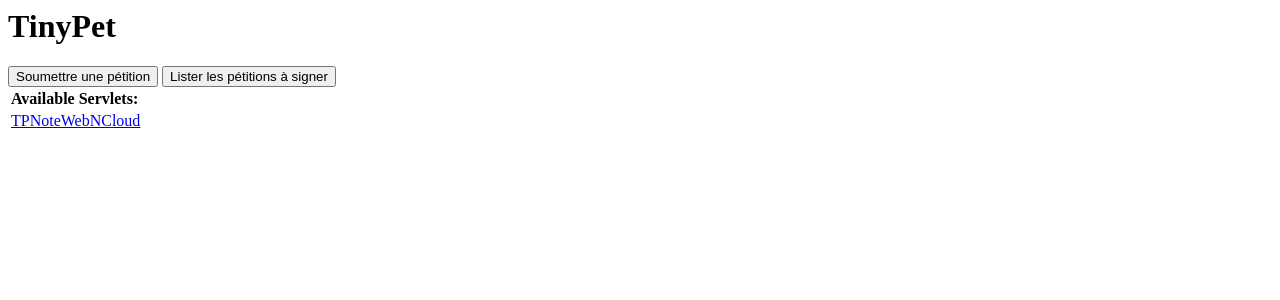
Repository: orichalque/M1
Page: TPNote/TPNoteWebNCloud/war/index.html
The author's editor kept a copy of each file at every save. The page is drawn from the files as they stood at one save, then again after the next save.
The browser window is 1280 px wide. The pictures show the whole page.
Some web libraries are served in a nearby version.

Above is the page before, as saved 2015-11-18 09:12:24.

After the next save:
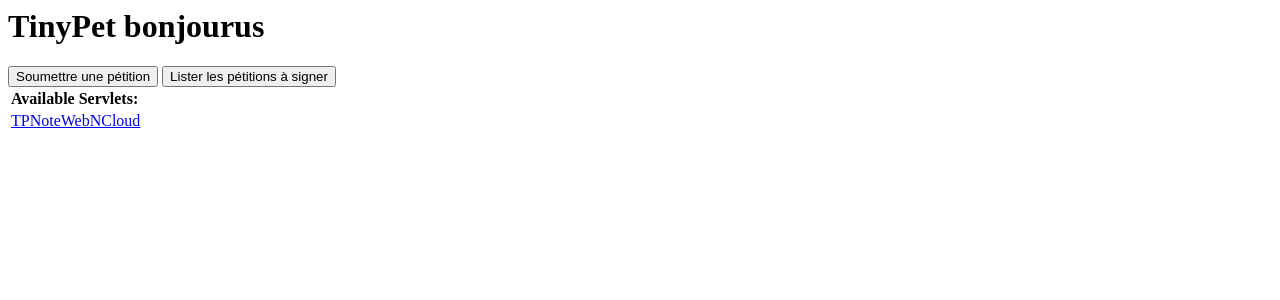
Saved 35 s later.
--- a/TPNote/TPNoteWebNCloud/war/index.html
+++ b/TPNote/TPNoteWebNCloud/war/index.html
@@ -6,7 +6,7 @@
   </head>
 
   <body ng-app="tinypet">
-    <h1>TinyPet</h1>
+    <h1>TinyPet bonjourus</h1>
 	<div ng-controller="tinyCtrl">
 		<button ng-click="tinyCtrl.submit()">Soumettre une pétition</button>
 		<button ng-click="tinyCtrl.list()">Lister les pétitions à signer</button>

After the save that followed:
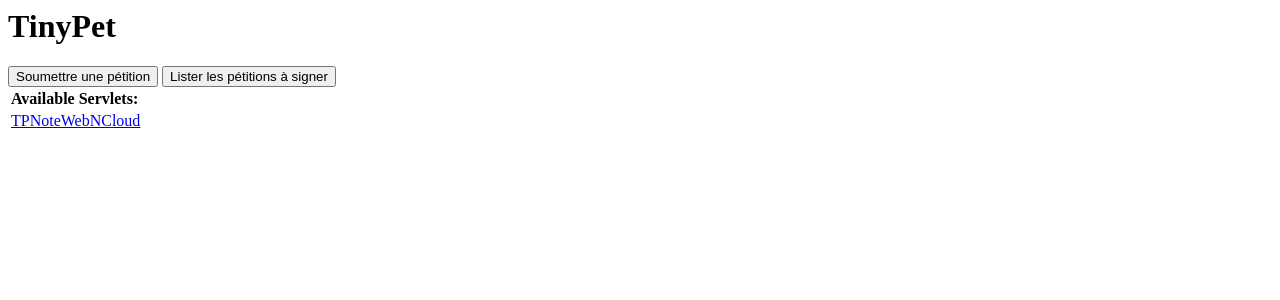
Saved 7 s later.
--- a/TPNote/TPNoteWebNCloud/war/index.html
+++ b/TPNote/TPNoteWebNCloud/war/index.html
@@ -6,7 +6,7 @@
   </head>
 
   <body ng-app="tinypet">
-    <h1>TinyPet bonjourus</h1>
+    <h1>TinyPet</h1>
 	<div ng-controller="tinyCtrl">
 		<button ng-click="tinyCtrl.submit()">Soumettre une pétition</button>
 		<button ng-click="tinyCtrl.list()">Lister les pétitions à signer</button>
